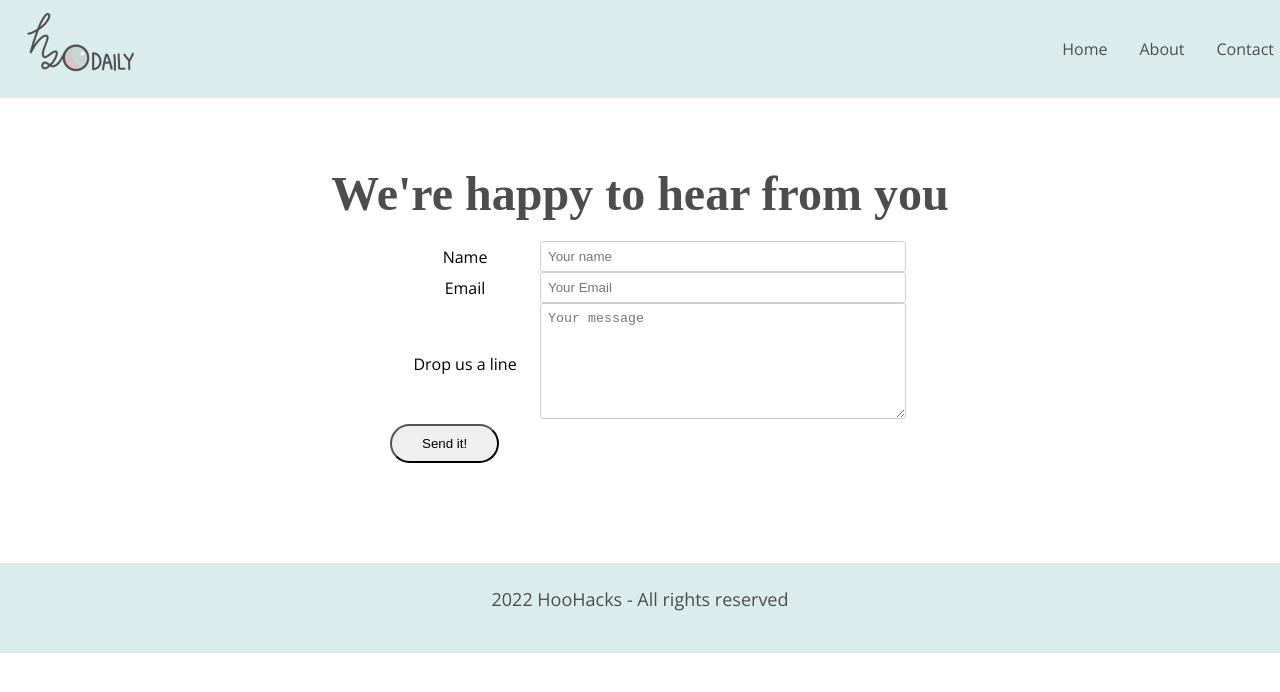
Repository: jennyjjung/H2ODaily
Page: contact.html
These files come from the project's save history. The page is drawn as it stood at one moment and after the next save; the edit follows.
The browser window is 1280 px wide. The pictures show the whole page.
Some web fonts or font styles are not loaded; a fallback is used.

Above is the page before, as saved 2022-03-26 20:59:27.

After the next save:
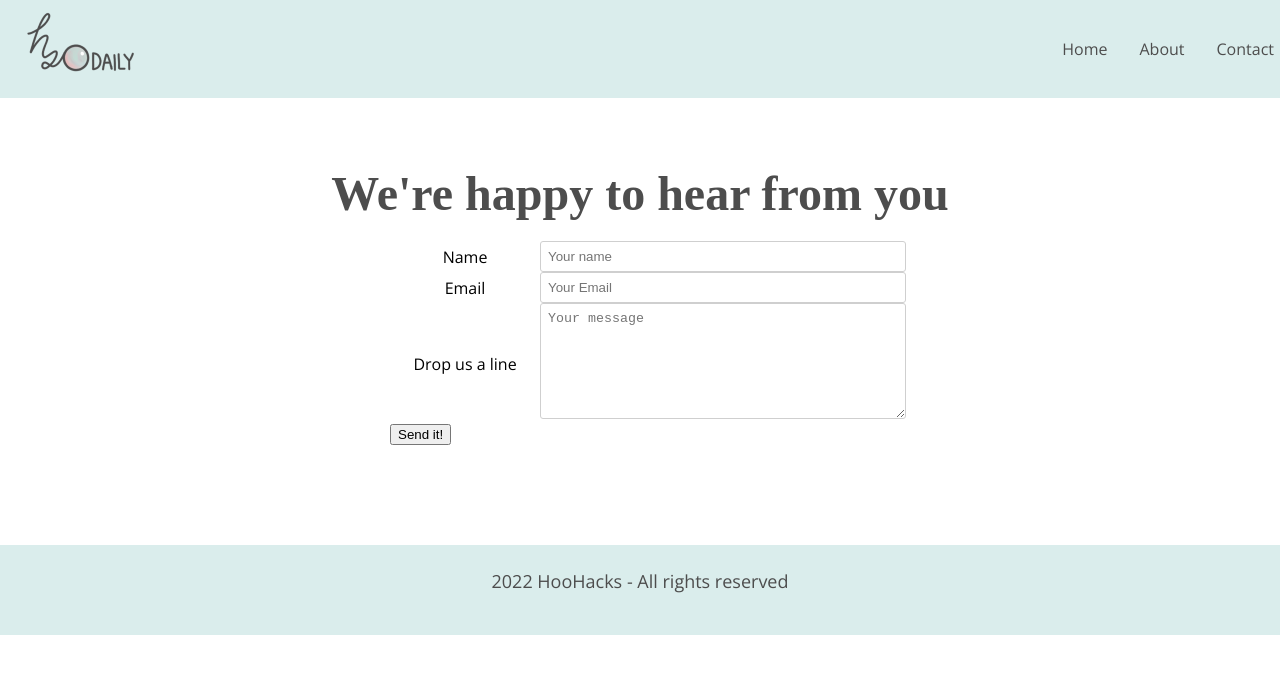
Saved 34 s later.
--- a/style.css
+++ b/style.css
@@ -154,7 +154,6 @@ a {
 /* Contact */
 form {
   width: 500px;
-  text-align: center;
   margin: auto;
   margin-top: 20px;
 }
@@ -186,9 +185,4 @@ textarea {
 }
 
 input[type="submit"] {
-  padding: 10px 30px;
-  font-weight: 300;
-  text-decoration: none;
-  border-radius: 200px;
-  transition: background-color 0.2s, border 0.2s, color 0.2s;
 }
